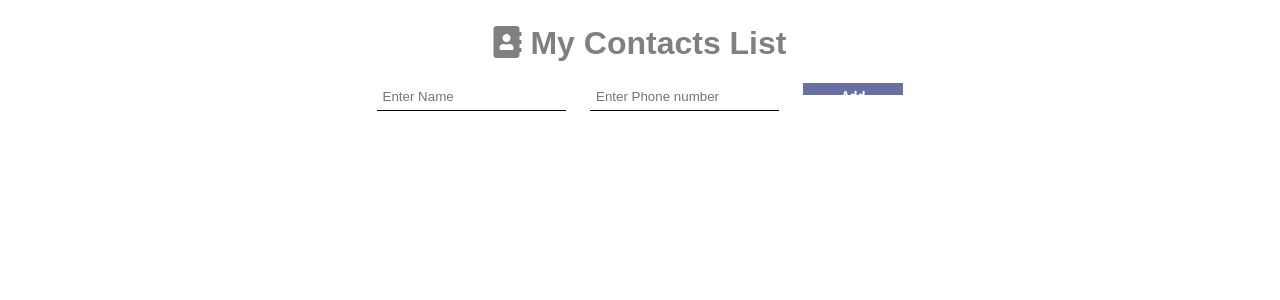
Repository: Sayan-100/Contact-List
Page: http://localhost/
An editor plug-in stored every save of this project. The page is shown before and after the next save, followed by the edit.
The browser window is 1280 px wide. The pictures show the whole page.
Some web libraries are served in a nearby version. The page is served by the project's Node server (index.js). Queries for data that is not in the repository find no rows.

Above is the page before, as saved 2022-01-09 21:54:55.

After the next save:
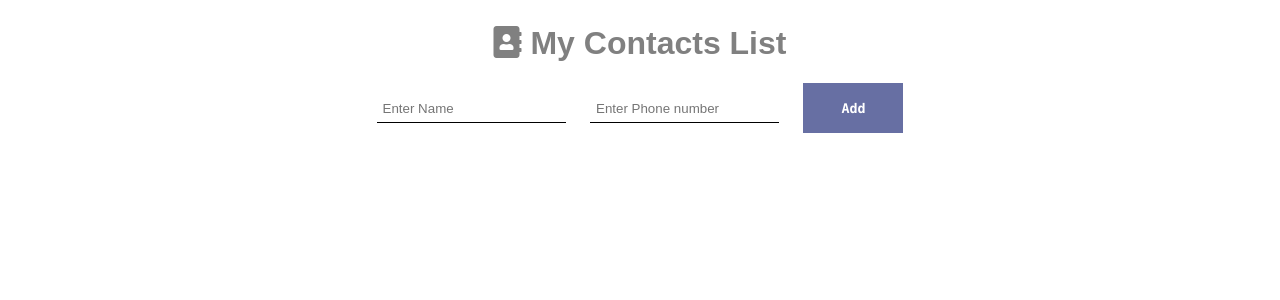
Saved 11 s later.
--- a/assets/css/home.css
+++ b/assets/css/home.css
@@ -37,7 +37,7 @@
     button {
         padding: 6px;
         width: 100px;
-        height: 10px;
+        height: 50px;
         background-color: #676FA3;
         font-family: monaco;
         font-weight: 600;
